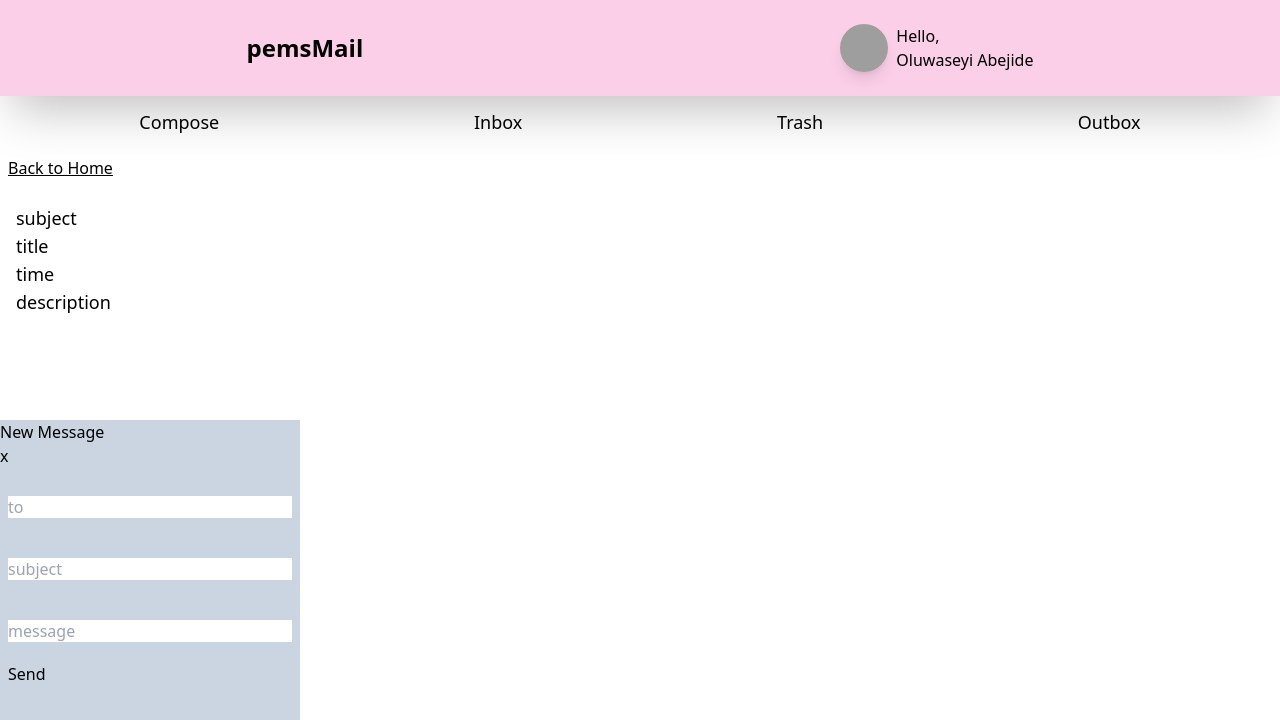
Repository: Semanmernstack/mailclone
Page: /mail
An editor plug-in stored every save of this project. The page is shown before and after the next save, followed by the edit.
The browser window is 1280 px wide. The pictures show the whole page.
Pictures or frames that could not be fetched are drawn as grey boxes. The project was rebuilt for these pictures with package versions that can differ from the ones it lists, and the page was loaded fresh each time. Also part of the build but not shown: src/features/counter/Counter.module.css, src/features/counter/Counter.js, src/OpenRow.js, src/Open.js.

Above is the page before, as saved 2023-01-16 04:06:22.

After the next save:
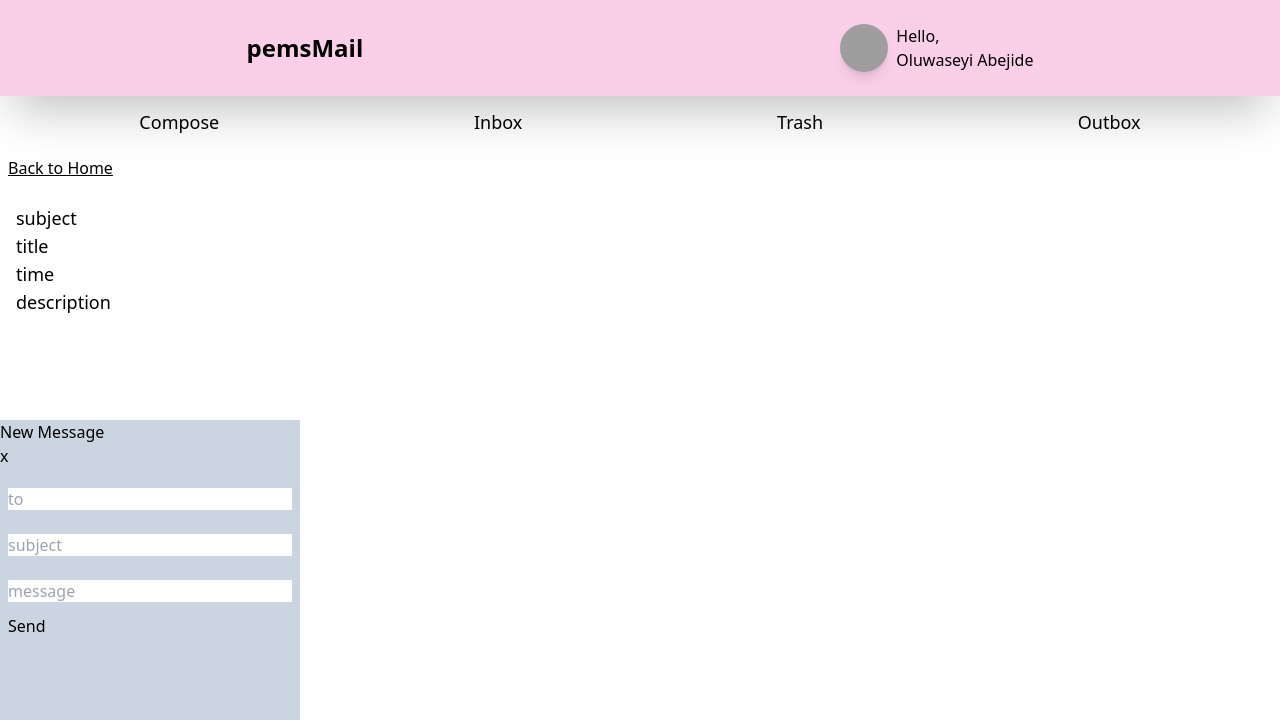
Saved 2 min 8 s later.
--- a/src/SendMail.js
+++ b/src/SendMail.js
@@ -13,7 +13,7 @@ function SendMail() {
             <form onSubmit={handleSubmit(onSubmit)} className="flex flex-col p-2 " >
                 <input type="emails"
                     placeholder='to'
-                    className='h-7 border-b-2 flex-1 my-5 border-none outline-none hover:bg-pink-600 '
+                    className='h-7 border-b-2 flex-1 my-3 border-none outline-none hover:bg-pink-200 '
 
                     {...register("to", { required: true })}
 
@@ -22,7 +22,7 @@ function SendMail() {
 
                 <input type="text"
                     placeholder='subject'
-                    className='h-7 border-b-2 flex-1 my-5 border-none outline-none hover:bg-pink-600 '
+                    className='h-7 border-b-2 flex-1 my-3 border-none outline-none hover:bg-pink-200 '
 
                     {...register("subject", { required: true })}
 
@@ -32,7 +32,7 @@ function SendMail() {
 
                 <input type="text"
                     placeholder='message'
-                    className='h-7 border-b-2 flex-1 my-5 border-none outline-none hover:bg-pink-600 '
+                    className='h-24 border-b-2 flex-1 my-3  border-none outline-none hover:bg-pink-200 '
 
                     {...register("message", { required: true })}
                 />
